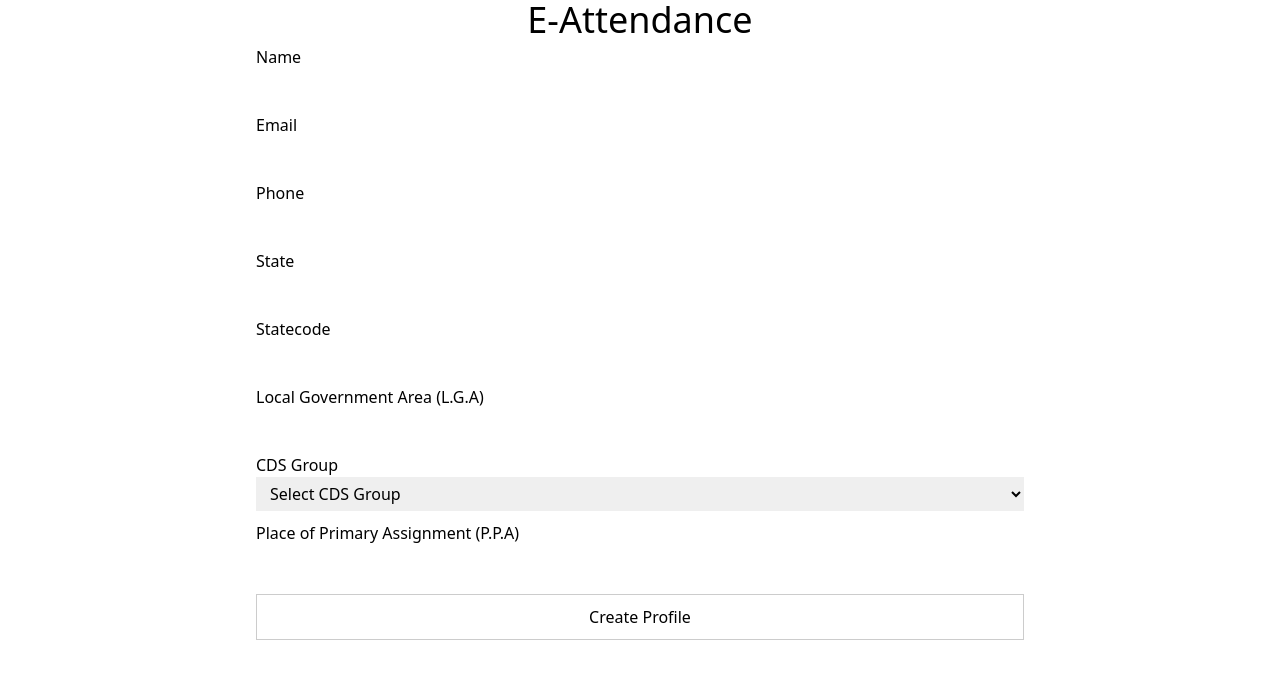
Repository: latenightsnacc/attendance-sheet
Page: / (app in docs/client/)
The author's editor kept a copy of each file at every save. The page is drawn from the files as they stood at one save, then again after a run of saves.
The browser window is 1280 px wide. The pictures show the whole page.
The project was rebuilt for these pictures with package versions that can differ from the ones it lists, and the page was loaded fresh each time. Also part of the build but not shown: docs/client/src/List.js.

Above is the page before, as saved 2022-01-21 11:29:31.

### docs/client/src/index.js
import React from 'react';
import ReactDOM from 'react-dom';
import './index.css';
import App from './App';
import reportWebVitals from './reportWebVitals';
import { BrowserRouter as Router, Route, Routes} from 'react-router-dom';

import List from './List';


ReactDOM.render(
  <React.StrictMode>
    <Router>

      <Routes>
        <Route path="/" element={<App />} />
        <Route path="/list" element={<List />} />
      </Routes>
    </Router>
  </React.StrictMode>,
  document.getElementById('root')
);

// If you want to start measuring performance in your app, pass a function
// to log results (for example: reportWebVitals(console.log))
// or send to an analytics endpoint. Learn more: https://bit.ly/CRA-vitals
reportWebVitals();

### docs/client/src/App.js
import './App.css';
import {useState} from 'react';
import Axios from 'axios';

function App() {
  const [corper, setState] = useState({
    name: '',
    email: '',
    phone: '',
    state: '',
    statecode: '',
    cds: '',
    lga: '',
    ppa: ''
  });

  const getDetails = e => {
    setState({
      ...corper,
      [e.target.name]: e.target.value
    });
  }
  // const viewDetails = e => {
  //   e.preventDefault();
  //   console.log(corper)
  // }
  const createProfile = () => {
    try {
      Axios.post("http://localhost:3030/create", {
        name: corper.name,
        email: corper.email,
        phone: corper.phone,
        state: corper.state,
        statecode: corper.statecode,
        cds: corper.cds,
        lga: corper.lga,
        ppa: corper.ppa
      }).then(() => {
        console.log("Corper's E-Attendance Profile Created.")
      })
    } catch (e) {
      console.log(e);
    }

  }


  return (
    <div className="App">
      <h1 className='text-4xl'>E-Attendance</h1>
      <form onSubmit={createProfile} className="form">
          <div className="form-group">
            <label for="name">Name</label>
            <input
              type='text'
              name='name'
              id="name"
              value={corper.name}
              onChange={getDetails}
            />
          </div>
          <div className="form-group">
            <label for="email">Email</label>
            <input
              type='email'
              name='email'
              id="email"
              value={corper.email}
              onChange={getDetails}
            />
          </div>
          <div className="form-group">
            <label for="phone">Phone</label>
            <input
              type='tel'
              name='phone'
              id="phone"
              value={corper.phone}
              onChange={getDetails}
            />
          </div>
          <div className="form-group">
            <label for="state">State</label>
            <input
              type='text'
              name='state'
              id="state"
              value={corper.state}
              onChange={getDetails}
            />
          </div>
          <div className="form-group">
            <label for="statecode">Statecode</label>
            <input
              type='text'
              name='statecode'
              id="statecode"
              value={corper.statecode}
              onChange={getDetails}
            />
          </div>
          <div className="form-group">
            <label for="lga">Local Government Area (L.G.A)</label>
            <input
              type='text'
              name='lga'
              id="lga"
              value={corper.lga}
              onChange={getDetails}
            />
          </div>
          <div className="form-group">
            <label for="cds">CDS Group</label>
            <select
              type='text'
              name='cds'
              id="cds"
              value={corper.cds}
              onChange={getDetails}>
                <option selected>Select CDS Group</option>
                <option value="ICT">ICT</option>
                <option value="Band">Band</option>
                <option value="Red Cross">Red Cross</option>
                <option value="ICT">ICT</option>
            </select>
          </div>
          <div className="form-group">
            <label for="ppa">Place of Primary Assignment (P.P.A)</label>
            <input
              type='text'
              name='ppa'
              id="ppa"
              value={corper.ppa}
              onChange={getDetails}
            />
          </div>
          <button className='btn' type="submit" >Create Profile</button>


      </form>

    </div>
  );
}

export default App;

### docs/client/src/App.css
.App {
  display: flex;
  flex-direction: column;
  align-items: center;
}
.form {
  display: flex;
  flex-direction: column;
  width: 60%;
}
.form-group {
  display: flex;
  flex-direction: column;
  margin: 5px 0px;

}
.form input, select {
  outline: none;
  padding: 5px 10px;
}
.btn {
  outline: none;
  padding: 10px;
  margin: 10px 0px;
  border: 1px solid #ccc;
}

.btn:hover {
  cursor: pointer;
}

@media  screen and (max-width:600px) {
  .form {
    width: 95%;
  }
}

### docs/client/src/List.css
.list {
    width: 90%;
    margin: auto;
}
h1 {
    text-align: center;
}
.profile {
    display: flex;
    width: 100%;
}
.detail {
    margin-right: 2%;
}

Loaded but not shown: docs/client/public/index.html (common file); docs/client/src/index.css (common file); docs/client/src/reportWebVitals.js (common file); docs/client/tailwind.config.js (common file)

After the next 2 saves:
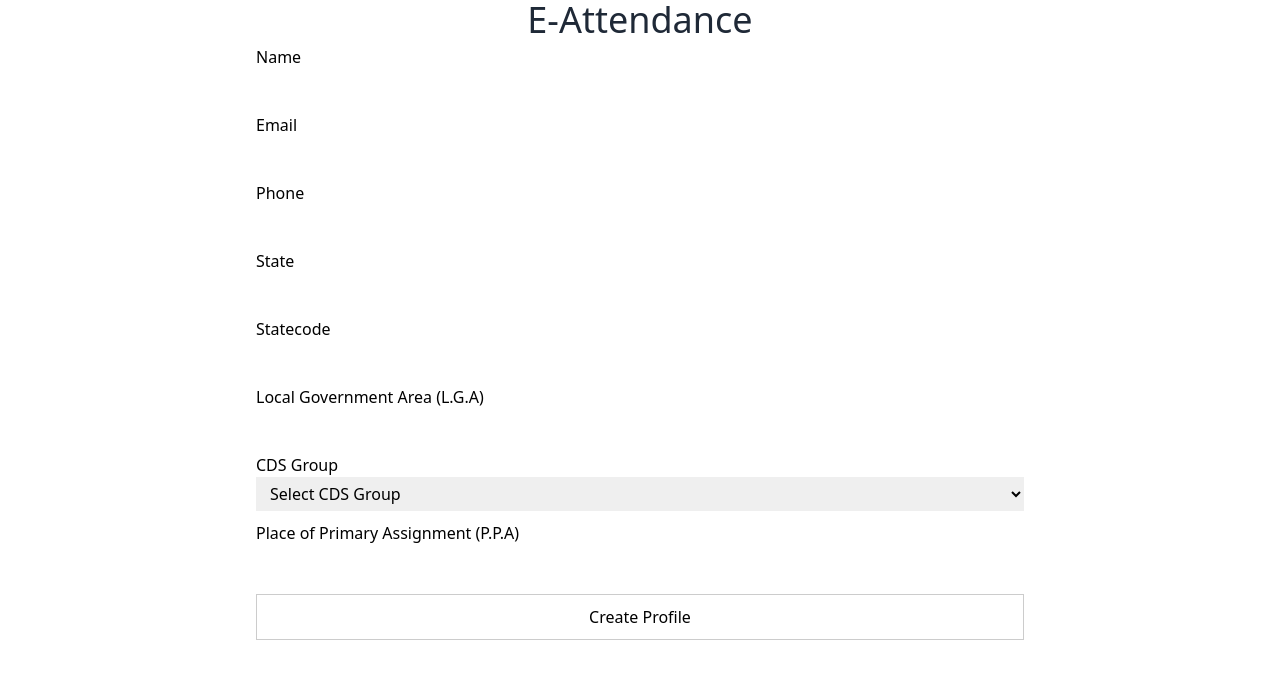
The 2 saves are shown as one change because they came seconds apart.
The last was saved 9 s later.
--- a/docs/client/src/App.js
+++ b/docs/client/src/App.js
@@ -47,7 +47,7 @@ function App() {
 
   return (
     <div className="App">
-      <h1 className='text-4xl'>E-Attendance</h1>
+      <h1 className='text-4xl text-gray-800'>E-Attendance</h1>
       <form onSubmit={createProfile} className="form">
           <div className="form-group">
             <label for="name">Name</label>
